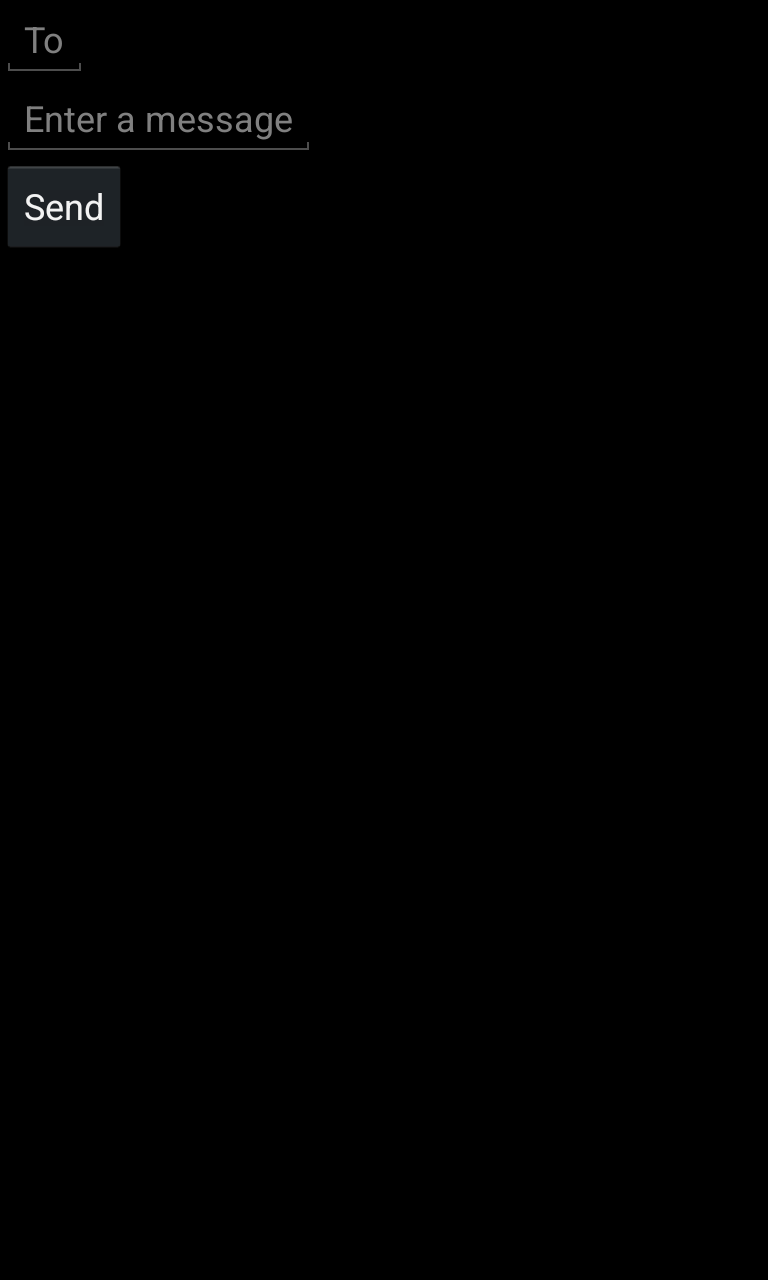
Repository: tomcynicholls/ThirdYearProject
Layout: JavaCode/App/res/layout/main.xml
The author's editor kept a copy of each file at every save. The layout is drawn from the files as they stood at one save, then again after the next save.
It is drawn on a 768 x 1280 px phone screen (xhdpi) without system bars, with theme android:Theme.Holo; the app's code is not run.

Above is the layout before, as saved 2013-01-27 15:55:45.

After the next save:
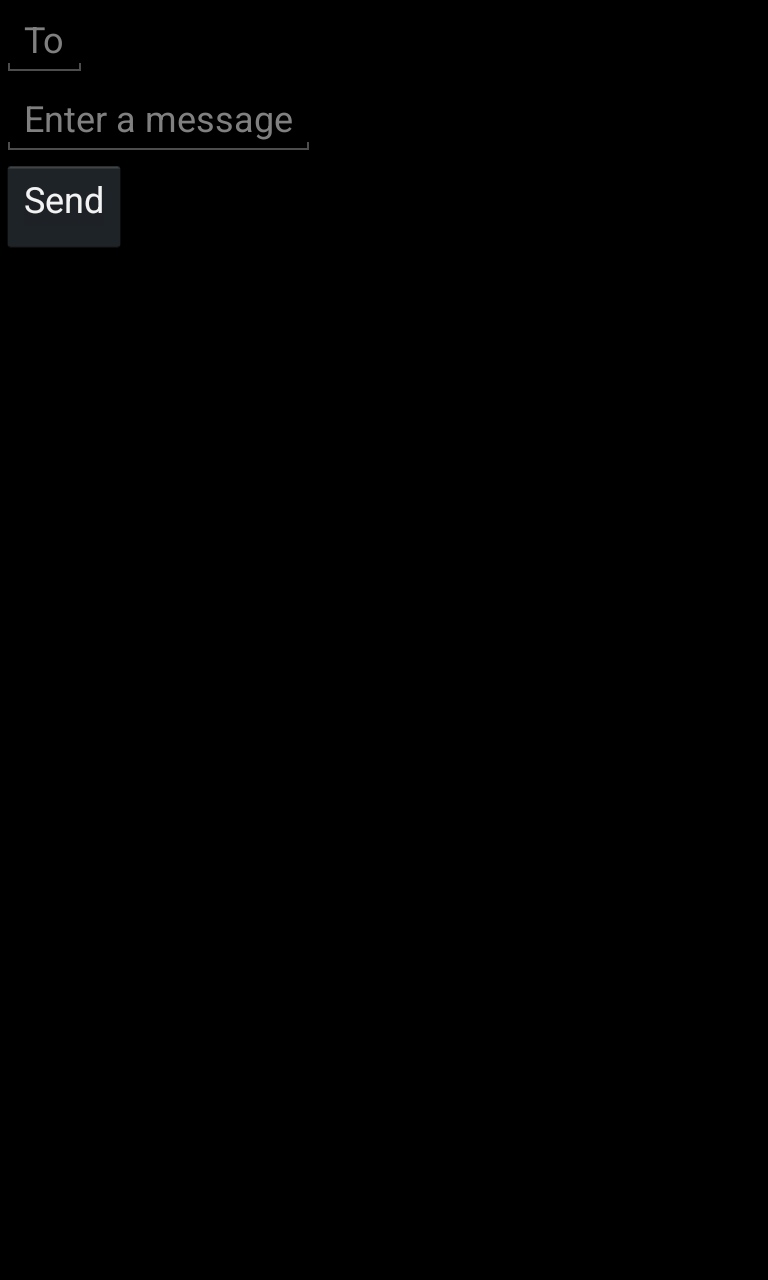
Saved 56 s later.
--- a/JavaCode/App/res/layout/main.xml
+++ b/JavaCode/App/res/layout/main.xml
@@ -20,7 +20,8 @@
         android:layout_width="wrap_content"
         android:layout_height="wrap_content"
         android:text="@string/button_send"
-        android:onClick="sendMessage" />
+        android:onClick="sendMessage"
+        android:gravity="right" />
 
 
 </LinearLayout>

After the 2 saves that followed:
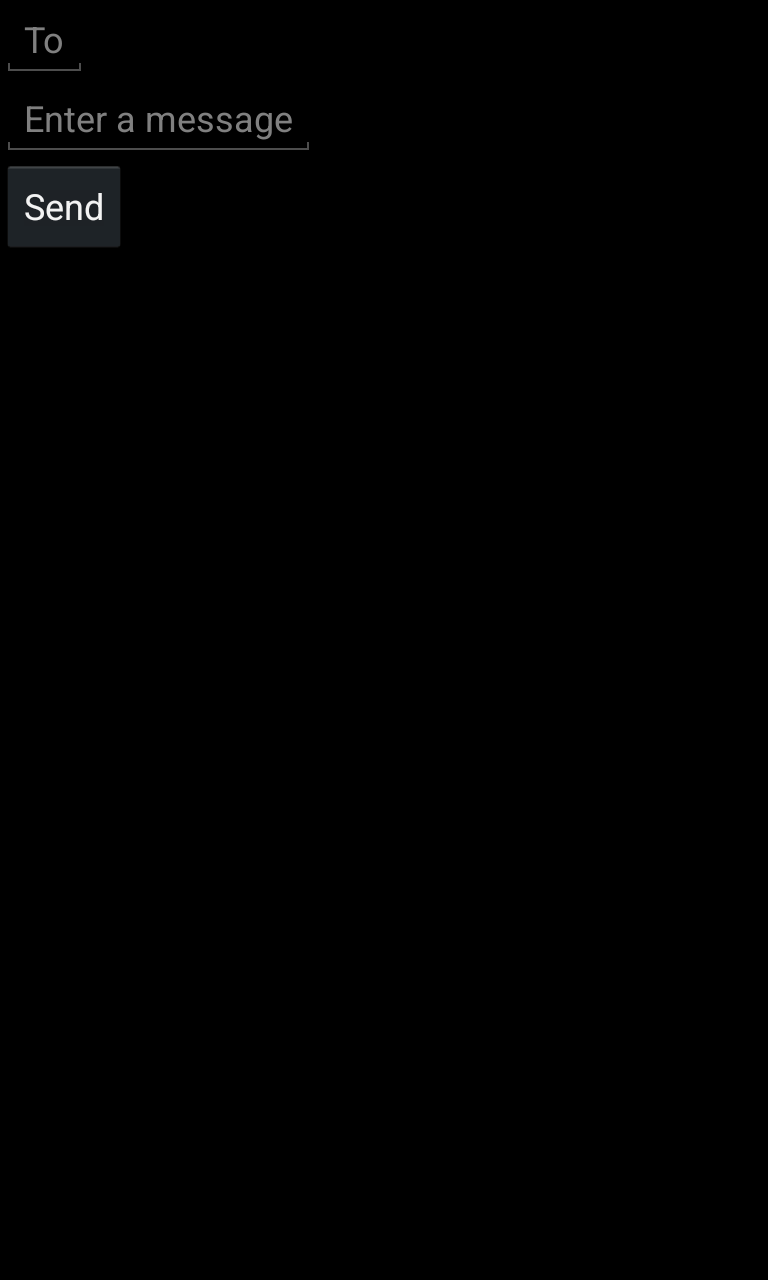
The 2 saves are shown as one change because 1 left the picture as it was.
The last was saved 69 s later.
--- a/JavaCode/App/res/layout/main.xml
+++ b/JavaCode/App/res/layout/main.xml
@@ -16,12 +16,18 @@
         android:layout_width="wrap_content"
         android:hint="@string/edit_message" />
 
+    <RelativeLayout
+            android:id="@+id/innerrel"
+            android:layout_width="match_parent"
+            android:layout_height="wrap_content"
+            android:orientation="horizontal" >
+
     <Button
         android:layout_width="wrap_content"
         android:layout_height="wrap_content"
         android:text="@string/button_send"
         android:onClick="sendMessage"
-        android:gravity="right" />
+        android:layout_alignRight="" />
 
-
+    </RelativeLayout>
 </LinearLayout>
